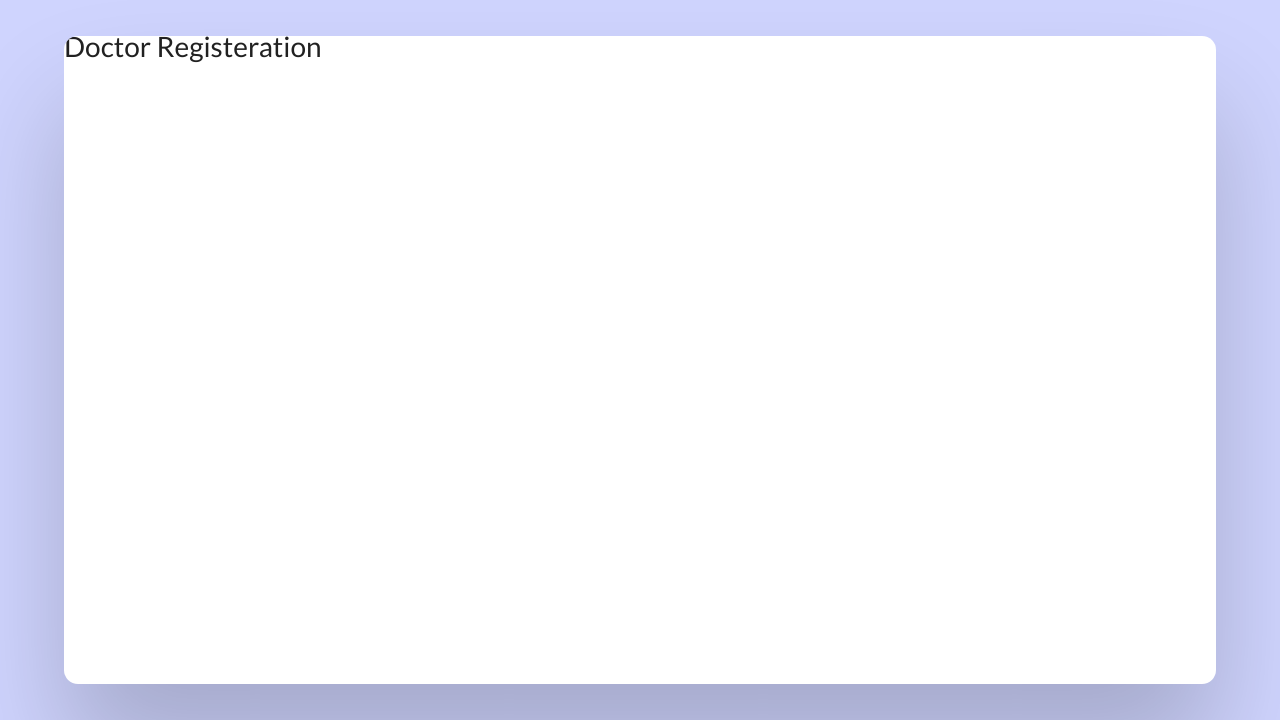
Repository: ajayaj2001/healthcare-digitization
Page: /doctorForm
An editor plug-in stored every save of this project. The page is shown before and after the next save, followed by the edit.
The browser window is 1280 px wide. The pictures show the whole page.
The project was rebuilt for these pictures with package versions that can differ from the ones it lists, and the page was loaded fresh each time. Also part of the build but not shown: src/component/userType/UserType.scss, src/component/userType/UserType.js, src/component/login/Login.scss, src/component/login/loginForm/LoginForm.scss, src/component/login/loginForm/LoginForm.js, src/component/login/Login.js, src/component/register/Register.scss, src/component/register/registerForm/RegisterForm.scss and 2 more.

Above is the page before, as saved 2021-03-13 10:35:24.

### public/index.html
<!DOCTYPE html>
<html lang="en">

<head>
  <meta charset="utf-8" />
  <meta name="viewport" content="width=device-width, initial-scale=1" />
  <meta name="theme-color" content="#000000" />
  <meta name="description" content="Web site created using create-react-app" />
  <link rel="stylesheet" href="https://fonts.googleapis.com/css?family=Roboto:300,400,500,700&display=swap" />
  <link rel="stylesheet" href="https://fonts.googleapis.com/icon?family=Material+Icons" />

  <!--
      manifest.json provides metadata used when your web app is installed on a
      user's mobile device or desktop. See https://developers.google.com/web/fundamentals/web-app-manifest/
    -->
  <!-- <link rel="manifest" href="%PUBLIC_URL%/manifest.json" /> -->
  <!--
      Notice the use of %PUBLIC_URL% in the tags above.
      It will be replaced with the URL of the `public` folder during the build.
      Only files inside the `public` folder can be referenced from the HTML.

      Unlike "/favicon.ico" or "favicon.ico", "%PUBLIC_URL%/favicon.ico" will
      work correctly both with client-side routing and a non-root public URL.
      Learn how to configure a non-root public URL by running `npm run build`.
    -->
  <title>medical</title>
</head>

<body>
  <noscript>You need to enable JavaScript to run this app.</noscript>
  <div id="root"></div>
  <!--
      This HTML file is a template.
      If you open it directly in the browser, you will see an empty page.

      You can add webfonts, meta tags, or analytics to this file.
      The build step will place the bundled scripts into the <body> tag.

      To begin the development, run `npm start` or `yarn start`.
      To create a production bundle, use `npm run build` or `yarn build`.
    -->
</body>

</html>

### src/index.js
import React from 'react';
import ReactDOM from 'react-dom';
import './index.scss';
import App from './component/app/App';
import 'semantic-ui-css/semantic.min.css'


ReactDOM.render(
  // <React.StrictMode>
    <App />
  // </React.StrictMode>
  ,
  document.getElementById('root')
);

### src/index.scss
code {
  font-family: source-code-pro, Menlo, Monaco, Consolas, "Courier New", monospace;
}
@mixin respond($breakpoint) {
  @if $breakpoint == phone {
    @media (max-width: 37.5em) {
      @content;
    }
  }

  @if $breakpoint == tab-land {
    @media (max-width: 75em) {
      @content;
    }
  }
  @if $breakpoint == tab-port {
    @media (max-width: 56.25em) {
      @content;
    }
  }
  @if $breakpoint == big-desktop {
    @media (min-width: 112.5em) {
      @content;
    }
  }
}

*,
*::after,
*::before {
  margin: 0;
  padding: 0;
  box-sizing: inherit;
}
body {
  font-family: "Lato", sans-serif;
  font-weight: 400;
  font-size: 16px;
  line-height: 1.7;
  color: #777;
  //padding: 30px;
  box-sizing: border-box;
  @include respond(tab-port) {
    padding: 0;
  }
}

html {
  font-size: 62.5%; //1rem=10px 10px/16px=62.5%
  @include respond(tab-land) {
    //width <1200
    font-size: 56.25%; //1rem=9px
  }
  @include respond(tab-port) {
    //<width <900
    font-size: 50%; //1rem=8px
  }
  // @include respond(phone) {
  //     //<width<600
  //     font-size: 40%; //1rem=4.8px
  // }
  @include respond(big-desktop) {
    //>1200
    font-size: 75%; //1rem=12
  }
}

### src/component/app/App.js
import './App.scss';

import UserType from "../userType/UserType";
import Login from '../login/Login';
import Register from '../register/Register';
import { BrowserRouter as Router,Route,Switch } from 'react-router-dom';
import DoctorForm from '../doctorForm/DoctorForm';

function App() {
  return (
    <Router>
       <Switch>
          <Route path="/login">
           <Login/>
          </Route>
          <Route path="/register">
           <Register/>
          </Route>
          <Route path="/doctorForm">
            <DoctorForm/>
          </Route>
          <Route path="/">
            <UserType/>
          </Route>

        </Switch>
    {/* <div className="App">
    </div> */}
    </Router>
  );
}

export default App;

### src/component/doctorForm/DoctorForm.js
import React from 'react'
import './DoctorForm.scss'
import { Form, Input, TextArea, Button, Select } from 'semantic-ui-react'

const DoctorForm = () => {
    return (
        <div className="doctorForm__container">
            <div className="doctorForm__main">
                <div className="doctorForm__heading">Doctor Registeration</div>
            </div>
        </div>
    )
}

export default DoctorForm

### src/component/doctorForm/DoctorForm.scss
.doctorForm{
    &__container{
        margin: 0;
        background-color: #cfd4fe;
        height: 100vh;
        display: flex;
        justify-content: center;
        align-items: center;
    }
    &__main{
        background-color: white;
        width: 90%;
        height: 90%;
        border-radius: 1rem;
        align-items: center;
        overflow: hidden;
        box-shadow: 0 5rem 8rem rgba(black, 0.2);
    }
   &__heading{
       font-size: 2rem;
   }
}

Loaded but not shown: src/component/app/App.scss (no stored copy; drawn as an empty file)

After the next save:
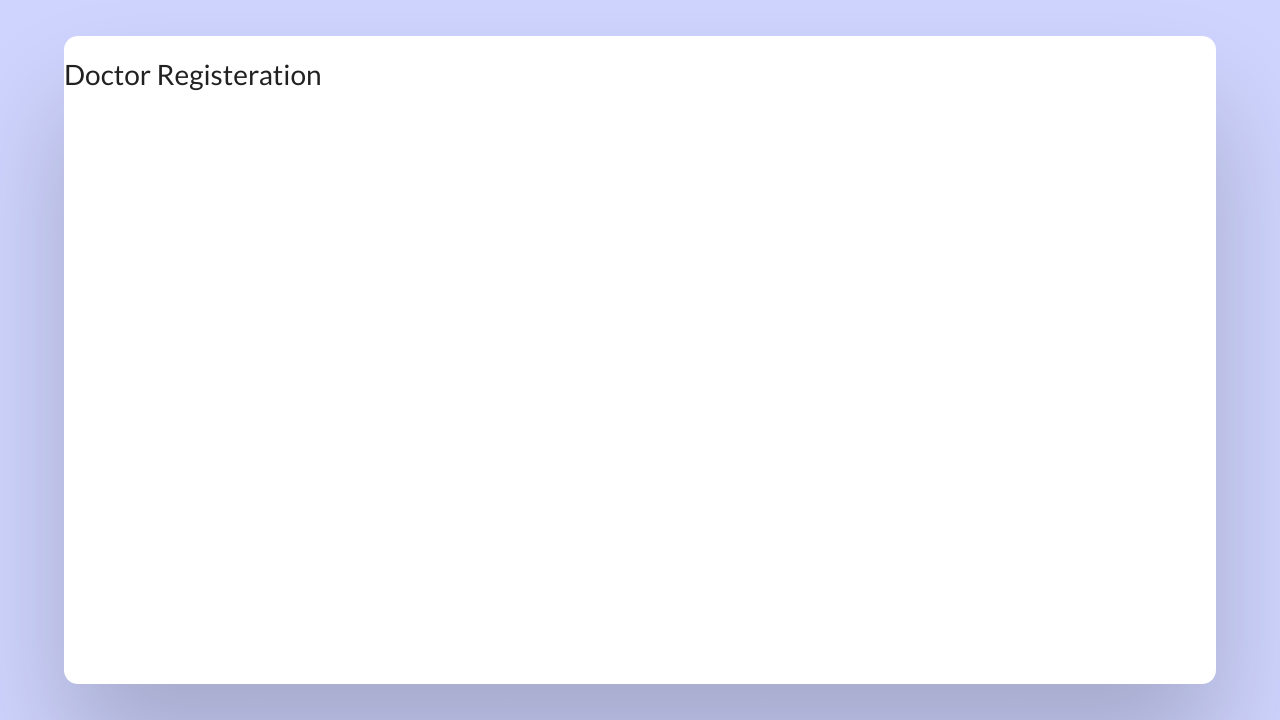
Saved 22 s later.
--- a/src/component/doctorForm/DoctorForm.scss
+++ b/src/component/doctorForm/DoctorForm.scss
@@ -18,5 +18,6 @@
     }
    &__heading{
        font-size: 2rem;
+       padding: 2rem 0rem 2rem 0rem;
    }
 }
